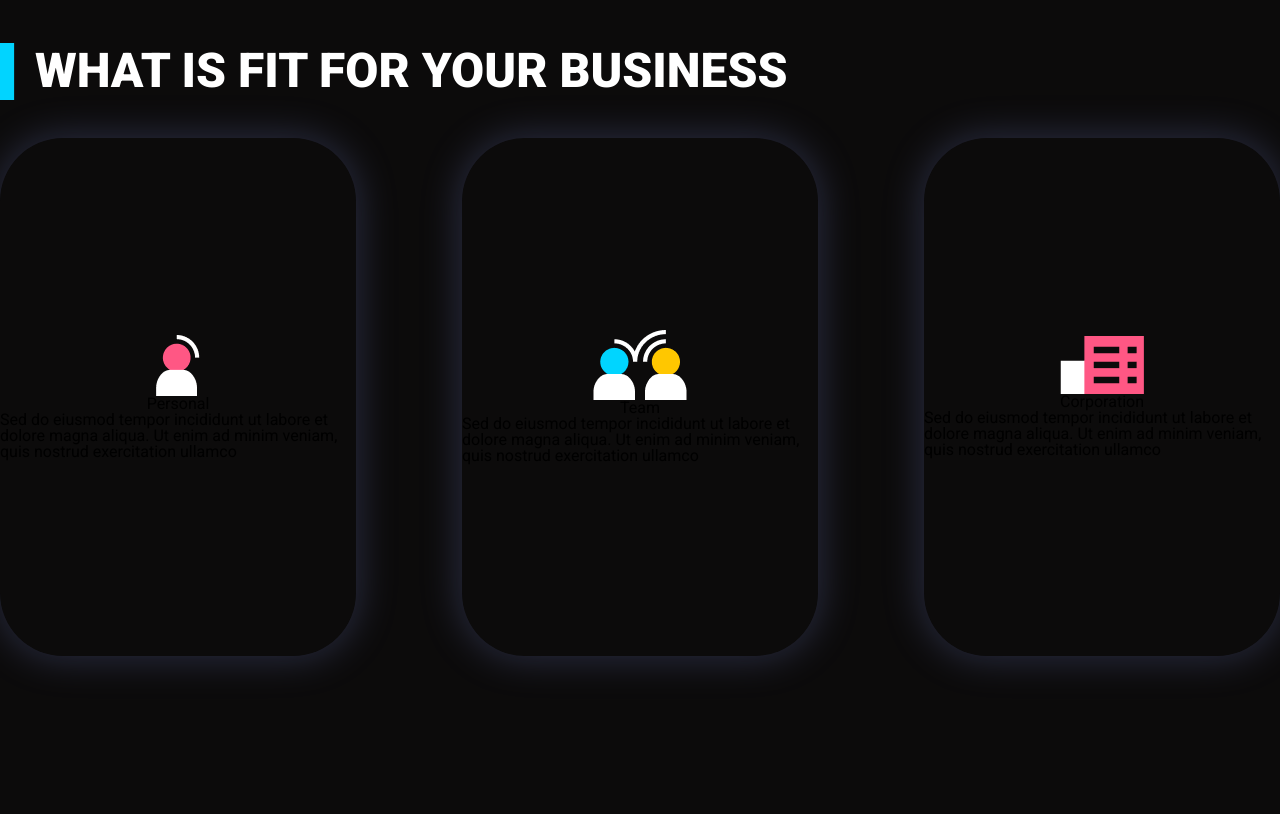
Repository: VetaWhale/team-site-test
Page: index.html
An editor plug-in stored every save of this project. The page is shown before and after the next save, followed by the edit.
The browser window is 1280 px wide. The pictures show the whole page.
Some web fonts or font styles are not loaded; a fallback is used.

Above is the page before, as saved 2023-04-24 13:27:46.

After the next save:
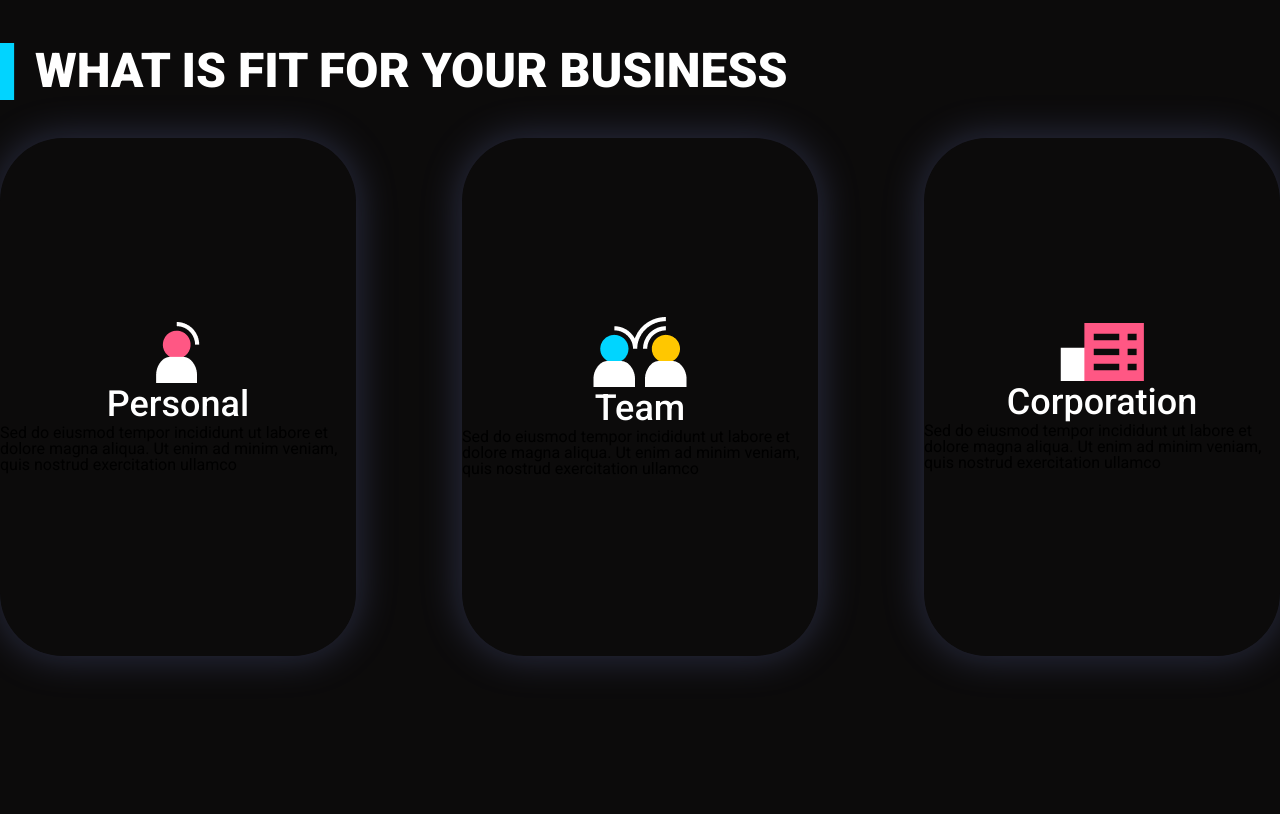
Saved 8 min 26 s later.
--- a/css/business.css
+++ b/css/business.css
@@ -30,7 +30,12 @@
     color: #FFFFFF;
 }
 
-.business__title-text {}
+.business__title-text {
+    font-weight: 500;
+    font-size: 36px;
+    line-height: 42px;
+    color: #FFFFFF;
+}
 
 .business__item {
     display: flex;
